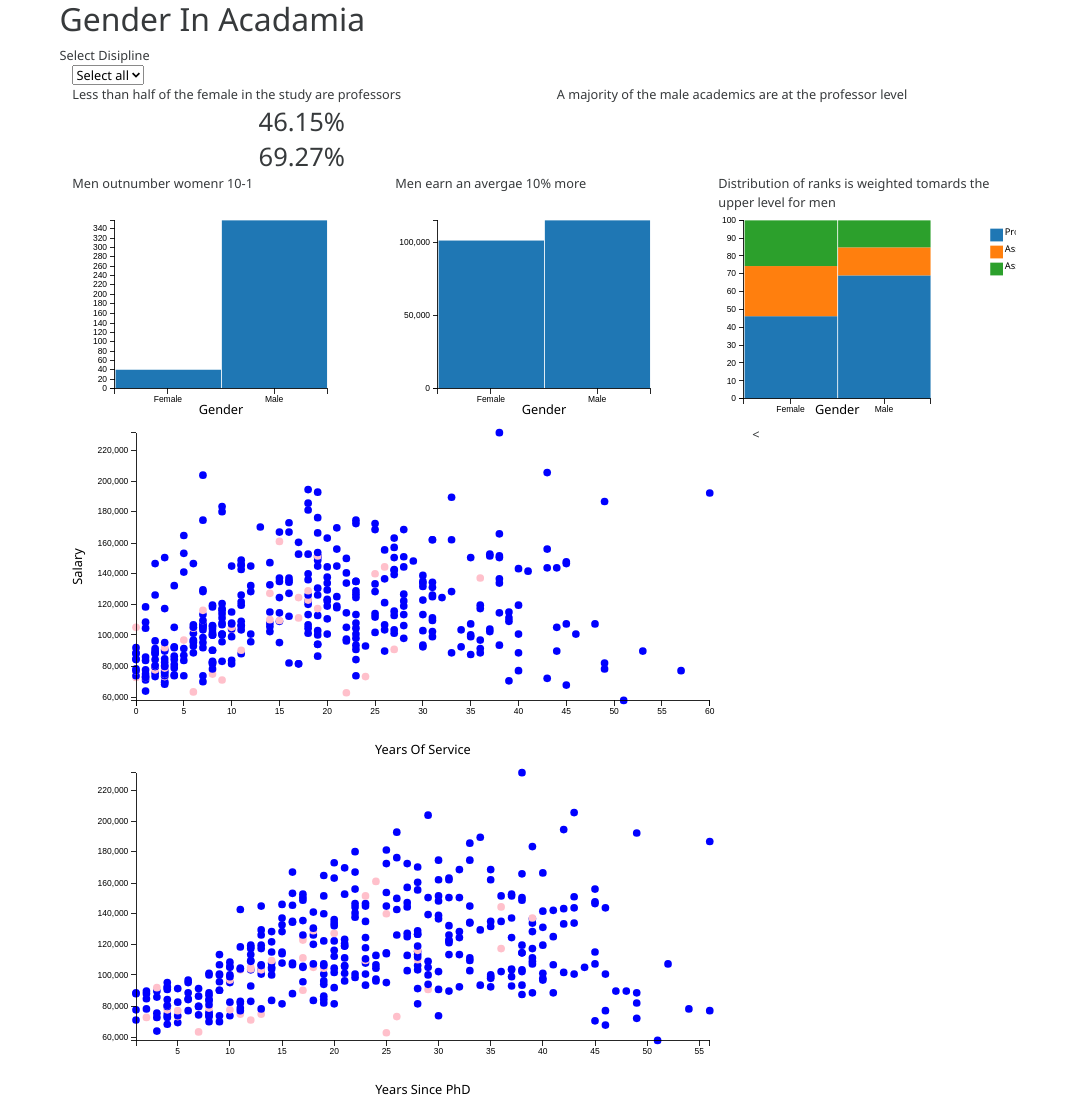
Repository: Angie55/dashboard-mini-project
Page: index.html
The author's editor kept a record of every edit. The page is drawn from the files as they stood at one moment, then again after the next edit.
The browser window is 1280 px wide. The pictures show the whole page, at 85% of full size.

Above is the page before.

After the next edit:
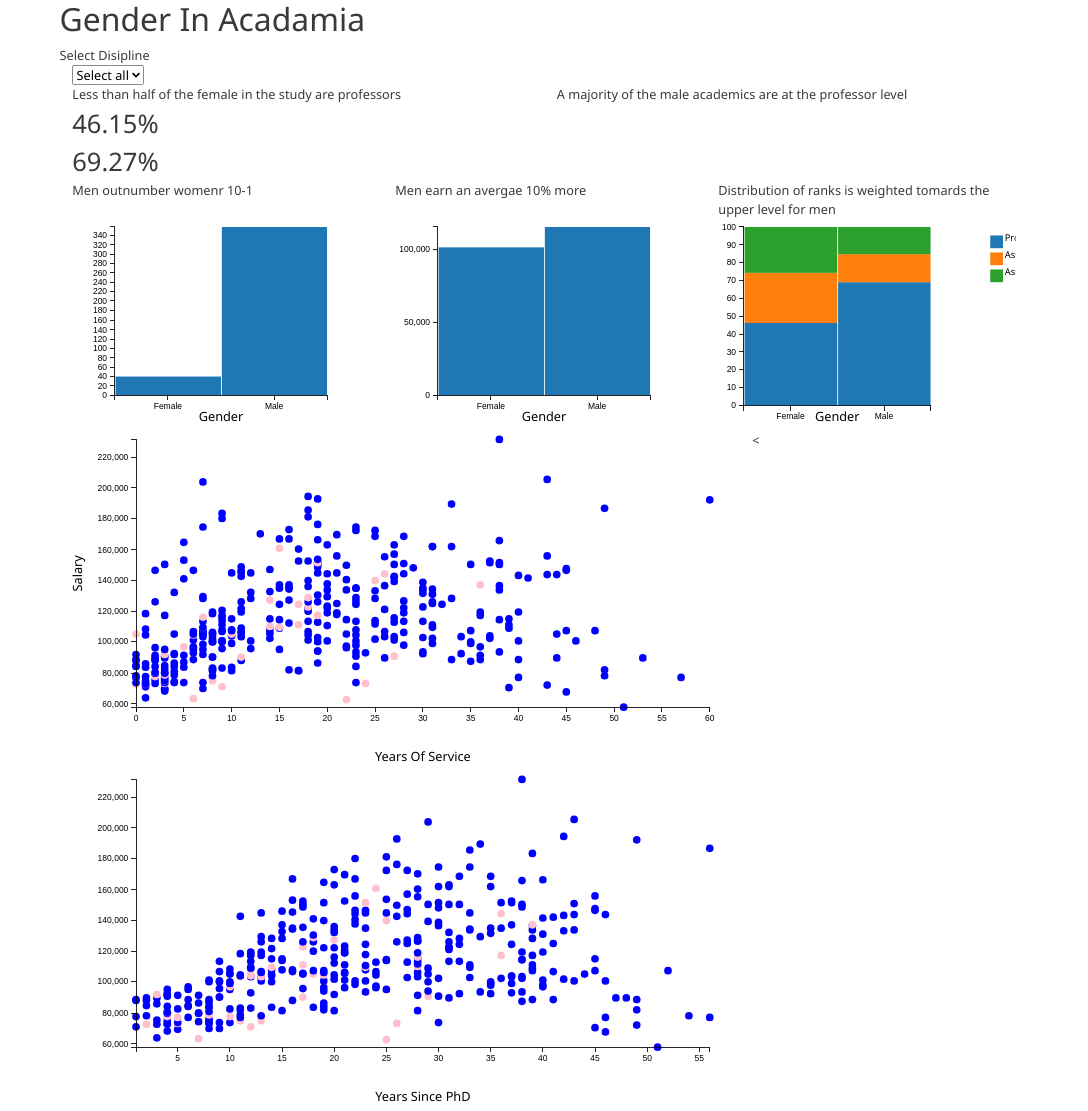
The edit:
--- a/static/css/style.css
+++ b/static/css/style.css
@@ -1,8 +1,4 @@
-.number-box {
-    font-size: 64px;
-    text-align: center;
-    line-height: normal;
-}
+
 
 .navbar-default {
 	background-image: none;
